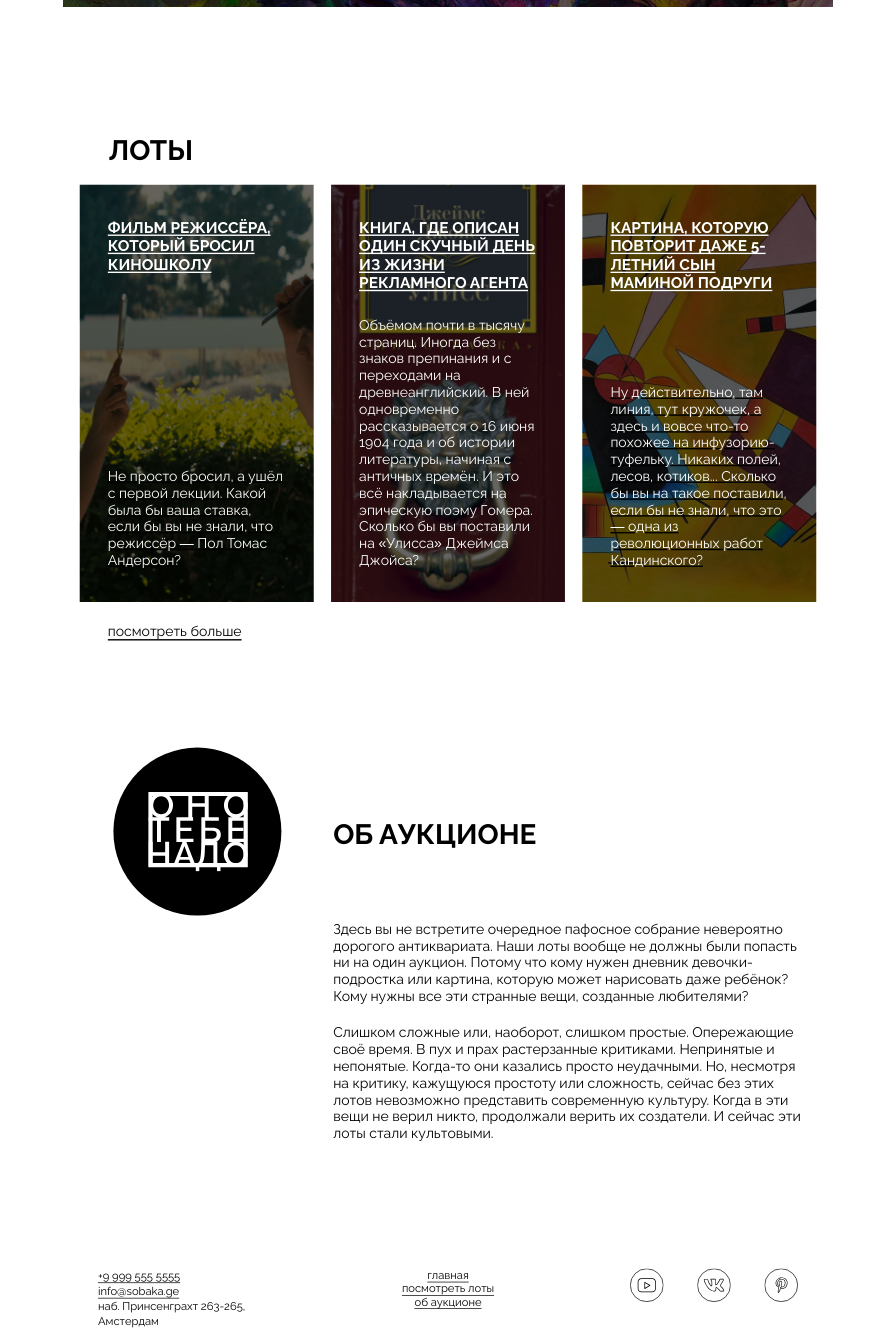
Repository: NikWolf75/ono-tebe-nado-fd
Page: index.html
An editor plug-in stored every save of this project. The page is shown before and after a run of saves, followed by the edit.
The browser window is 1280 px wide. The pictures show the part of the page from y = 1040 to 2960 px (the page is 2960 px tall before and 2957 px after), at 70% of full size.

Above is the page before, as saved 2024-12-17 14:17:48.

### index.html
<!DOCTYPE html>
<html lang="ru">
  <head>
    <meta charset="UTF-8">
    <meta http-equiv="X-UA-Compatible" content="IE=edge">
    <meta name="viewport" content="width=device-width, initial-scale=1.0">
    <link href="./fonts/fonts.css" rel="stylesheet">
    <link href="./styles/global.css" rel="stylesheet">
    <link href="./styles/style.css" rel="stylesheet">
    <title>Оно тебе надо — аукцион вещей, в которые никто не верил</title>
  </head>
  <body>
    <header class="header">
      <nav class="header__menu">
        <ul class="header__links-list">
          <li class="header__links-list-item header__links-list-item_no-bullit">
            <a class="header__link header__link-active" href="main">главная</a>
          </li>
          <li class="header__links-list-item">
            <a class="header__link" href="#lots">посмотреть лоты</a>
          </li>
          <li class="header__links-list-item">
            <a class="header__link" href="#about-lots">об аукционе</a>
          </li>
        </ul>
      </nav>
      <a class="header__logo">
        <img
          class="header__logo-image"
          src="./images/logo-black.svg"
          alt="Лого"
        >
      </a>
      <address class="header__address">
        <a href="tel:+99995555555">+9 999 555 5555</a><br>
        <a href="mailto:info@sobaka.ge">info@sobaka.ge</a><br>
        <p> наб. Принсенграхт 263-<br>265, Амстердам</p>
      </address>
    </header>
    <main>
      <section class="cover">
        <div class="overlay"></div>
        <h1 class="cover__title">
          <span class="cover__main-text text-left">Оно</span>
          <span class="cover__main-text text-center">Тебе</span>
          <span class="cover__main-text text-right">Надо</span>
        </h1>
        <div class="cover__discription">
          <p class="cover__discription-text">Аукцион вещей, в которые никто не верил</p>
          <a class="bet-button">Сделать ставку</a>
        </div>
      </section>
      <section class="lots">
        <h2 class="lots__heading">Лоты</h2>
          <ul class="lots__card-list">
            <li class="lots__card-list-item">
              <a class="card-link" href="main">
                <article class="card card_type_film">
                  <div class="overlay"></div>
                  <h3 class="card__title">
                    Фильм режиссёра, который бросил киношколу
                  </h3>
                  <p class="card__text">
                    Не просто бросил, а ушёл
                    с первой лекции. Какой
                    была бы ваша ставка, если бы вы не знали, что
                    режиссёр — Пол Томас
                    Андерсон?
                  </p>
                </article>
              </a>
            </li>
            <li class="lots__card-list-item">
              <a class="card__link" href="main">
                <article class="card card_type_book">
                  <div class="overlay"></div>
                  <h3 class="card__title">
                    Книга, где описан
                    один скучный день
                    из жизни
                    рекламного агента
                  </h3>
                  <p class="card__text">
                    Объёмом почти в тысячу
                    страниц. Иногда без
                    знаков препинания и с переходами на
                    древнеанглийский. В ней
                    одновременно
                    рассказывается о 16 июня
                    1904 года и об истории
                    литературы, начиная с
                    античных времён. И это
                    всё накладывается на
                    эпическую поэму Гомера.
                    Сколько бы вы поставили
                    на «Улисса» Джеймса
                    Джойса?
                  </p>
                </article>
              </a>
            </li>
            <li class="lots__card-list-item">
              <a class="card-link" href="main">
                <article class="card card_type_picture">
                  <div class="overlay"></div>
                  <h3 class="card__title">
                    Картина, которую
                    повторит даже 5-
                    летний сын
                    маминой подруги
                  </h3>
                  <p class="card__text">
                    Ну действительно, там
                    линия, тут кружочек, а
                    здесь и вовсе что-то
                    похожее на инфузорию-
                    туфельку. Никаких полей,
                    лесов, котиков... Сколько
                    бы вы на такое поставили,
                    если бы не знали, что это
                    — одна из
                    революционных работ
                    Кандинского?
                  </p>
                </article>
              </a>
            </li>
          </ul>
          <a class="lots__look-more-link" href="#main">посмотреть больше</a>
      </section>
      <section class="about" id="#about">
        <div class="about-lots__column">
          <div class="about__logo">
            <img
              class="about-lots__logo-image"
              src="./images/logo-white.svg"
              alt="Лого"
            />
          </div>
        </div>
        <div class="about-lots__column">
          <h2 class="about__title">Об аукционе</h2>
          <div class="about__text">
            <p>
              Здесь вы не встретите очередное пафосное собрание невероятно
              дорогого антиквариата. Наши лоты вообще не должны были попасть
              ни на один аукцион. Потому что кому нужен дневник девочки-
              подростка или картина, которую может нарисовать даже ребёнок?
              Кому нужны все эти странные вещи, созданные любителями?
            </p>
            <p>
              Слишком сложные или, наоборот, слишком простые. Опережающие
              своё время. В пух и прах растерзанные критиками. Непринятые
              и непонятые. Когда-то они казались просто неудачными. Но, несмотря
              <br>на критику, кажущуюся простоту или сложность, сейчас без этих
              лотов невозможно представить современную культуру. Когда в эти вещи не
              верил никто, продолжали верить их создатели. И сейчас эти лоты
              стали культовыми.
            </p>
          </div>
        </div>
      </section>
    </main>
    <footer class="footer">
      <address class="address">
        <a href="tel:+99995555555">+9 999 555 5555</a><br>
        <a href="mailto:info@sobaka.ge">info@sobaka.ge</a><br>
        <p> наб. Принсенграхт 263-265,<br>Амстердам</p><br>
      </address>
      <nav class="footer__menu">
        <ui class="footer__menu-list">
          <li class="footer__menu-list-item">
            <a class="footer__menu-link footer__menu-link-active" href="#main">главная</a>
          </li>
          <li class="footer__menu-list-item">
            <a class="footer__menu-link" href="#lots">посмотреть лоты</a>
          </li>
          <li class="footer__menu-list-item">
            <a class="footer__menu-link" href="#about-lots">об аукционе</a>
          </li>
        </ui>
      </nav>
      <nav class="footer__social">
        <ul class="footer__social-list">
          <li class="footer__social-list-item">
            <a class="footer__social-link" href="#main">
              <img
                class="footer__social-logo"
                src="./images/yt.svg"
                alt="youtube"
              />
            </a>
          </li>
          <li class="footer__menu-list-item">
            <a class="footer__social-link" href="#main">
              <img
                class="footer__social-logo"
                src="./images/vk.svg"
                alt="vk"
              />
            </a>
          </li>
          <li class="footer__menu-list-item">
            <a class="footer__social-link" href="#main">
              <img
                class="footer__social-logo"
                src="./images/pinterest.svg"
                alt="pinterest"
              />
            </a>
          </li>
        </ul>
      </nav>
    </footer>
  </body>
</html>

### styles/global.css
*,
*::before,
*::after {
  box-sizing: border-box;
}

body {
  width: 1100px;
  margin: 0 auto;
  font-family: Raleway, sans-serif;
}

h1,
h2,
h3,
h4,
h5,
h6,
p,
ul,
ol,
li,
blockquote {
  margin: 0;
  padding: 0;
}

a {
  color: inherit;
}

img {
  width: 100%;
}

### styles/style.css
.header {
  display: grid;
  grid-template-columns: 1fr min-content 1fr;
  align-items: center;
  padding: 91px 51px 97px 51px;
  font-style: normal;
  font-size: 18px;
  font-weight: 400;
}

.header__links-list {
  display: flex;
  gap: 32px;
  list-style: circle;
}

.header__links-list-item_no-bullit {
  list-style: none;
}

.header__link {
  text-underline-position: under;
}

.header__link-active {
  text-decoration: none;
}

.header__logo {
  width: 148px;
  height: 105px;
  padding: 1px 6px 0 6px;
}

.header__address {
  max-width: 240px;
  justify-self: end;
  font-style: normal;
  line-height: 135%;
  text-underline-position: under;
  padding: 2px 36px 2px 0;
}

.cover {
  background-image: url(../images/cover.jpg);
  background-size: cover;
  background-repeat: no-repeat;
  background-position: center top;
  padding: 164px 0 49px 51px;
  display: flex;
  flex-direction: column;
  gap: 79px;
  position: relative;
}

.overlay {
  position: absolute;
  z-index: 1;
  top: 0;
  left: 0;
  width: 100%;
  height: 100%;
  background-color: rgb(0, 0, 0, 0.6);
}

.cover__title {
  position: relative;
  z-index: 2;
  font-weight: 700;
  font-size: 100px;
  letter-spacing: 0.3em;
  text-transform: uppercase;
  color: #fff;
}

.cover__main-text {
  display: block;
  line-height: 115%;
}

.text-left {
  text-align: start;
}

.text-center {
  text-align: center;
  padding: 20px 20px 12px 0;
}

.text-right {
  text-align: right;
  padding: 8px 20px 29px 0;
}

.cover__discription {
  z-index: 2;
  display: flex;
  align-items: center;
  justify-content: start;
  line-height: 140%;
  gap: 110px;
}

.cover__discription-text {
  font-size: 22px;
  color: #fff;
  word-spacing: 18px;
  line-height: 127%;
  white-space: nowrap;
  text-transform: uppercase;
}

.bet-button {
  width: 256px;
  height: 51px;
  font-weight: 500;
  text-align: center;
  padding: 10px 0 0 0;
  font-size: 22px;
  color: #fff;
  border: 1px solid #fff;
  text-transform: uppercase;
  background-color: transparent;
}
.lots {
  display: flex;
  flex-direction: column;
  padding: 181px 24px 150px 24px;
}

.lots__heading {
  font-weight: 700;
  font-size: 40px;
  text-transform: uppercase;
  margin: 0 0 26px 41px;
}

.lots__card-list {
  display: flex;
  justify-content: center;
  list-style: none;
  gap: 25px
}

.lots__card-list-item {
  width: 334px;
  min-height: 596px;
  flex-grow: 1;
}

.card__link {
  display: block;
  text-decoration: none;
  height: 100%;
}

.card {
  position: relative;
  background-size: cover;
  background-repeat: no-repeat;
  background-position: center;
  display: flex;
  flex-direction: column;
  justify-content: space-between;
  padding: 48px 40px;
  height: 100%;
}

.card_type_film {
  background-image: url(../images/card-lot-01.jpg);
}

.card_type_book {
  background-image: url(../images/card-lot-02.jpg);
}

.card_type_picture {
  background-image: url(../images/card-lot-03.jpg);
}

.card__title {
  font-weight: 700;
  font-size: 22px;
  line-height: 120%;
  z-index: 2;
  text-transform: uppercase;
  text-decoration: underline;
  text-decoration-skip-ink: none;
  color: #fff;
}

.card__text {
  font-weight: 00;
  font-size: 20px;
  line-height: 120%;
  z-index: 2;
  color: #fff;
}

.lots__look-more-link {
  text-underline-position: under;
  font-weight: 400;
  font-size: 20px;
  color: #000;
  padding: 30px 0 4px 40px;
}

.about {
  display: grid;
  grid-template-columns: 330px auto;
  justify-items: center;
  padding: 0 27px 100px 27px;
  gap: 29px;
}

.about__logo {
  display: flex;
  justify-content: center;
  align-items: center;
  width: 240px;
  height: 240px;
  border-radius: 100%;
  background-color: #000;
}

.about-lots__logo-image {
  width: 148px;
  height: 114px;
}

.about__title {
  margin: 100px 0;
  font-size: 40px;
  font-weight: 700;
  font-style: normal;
  text-transform: uppercase;
}

.about__text {
  display: flex;
  flex-direction: column;
  gap: 28px;
  font-size: 20px;
  line-height: 120%;
}

.footer {
  padding: 81px 50px 0;
  display: grid;
  grid-template-columns: 1fr auto 1fr;
}

.address {
  font-style: normal;
  font-weight: 400;
  line-height: 135%;
  text-underline-position: under;
}

.footer__menu-list {
  display: flex;
  flex-direction: column;
  align-items: center;
  list-style: none;
}

.footer__menu-link {
  text-underline-position: under;
}

.footer__menu-link_active {
  text-decoration: none;
}

.footer__social {
  justify-self: end;
}

.footer__social-list {
  display: flex;
  justify-content: space-between;
  gap: 48px;
  list-style: none;
}

.footer__social-list-item {
  height: 100%;
}

.footer__social-link {
  text-decoration: none;
}

.footer__social-logo {
  height: 48px;
}

Loaded but not shown: fonts/fonts.css (common file)

After the next 5 saves:
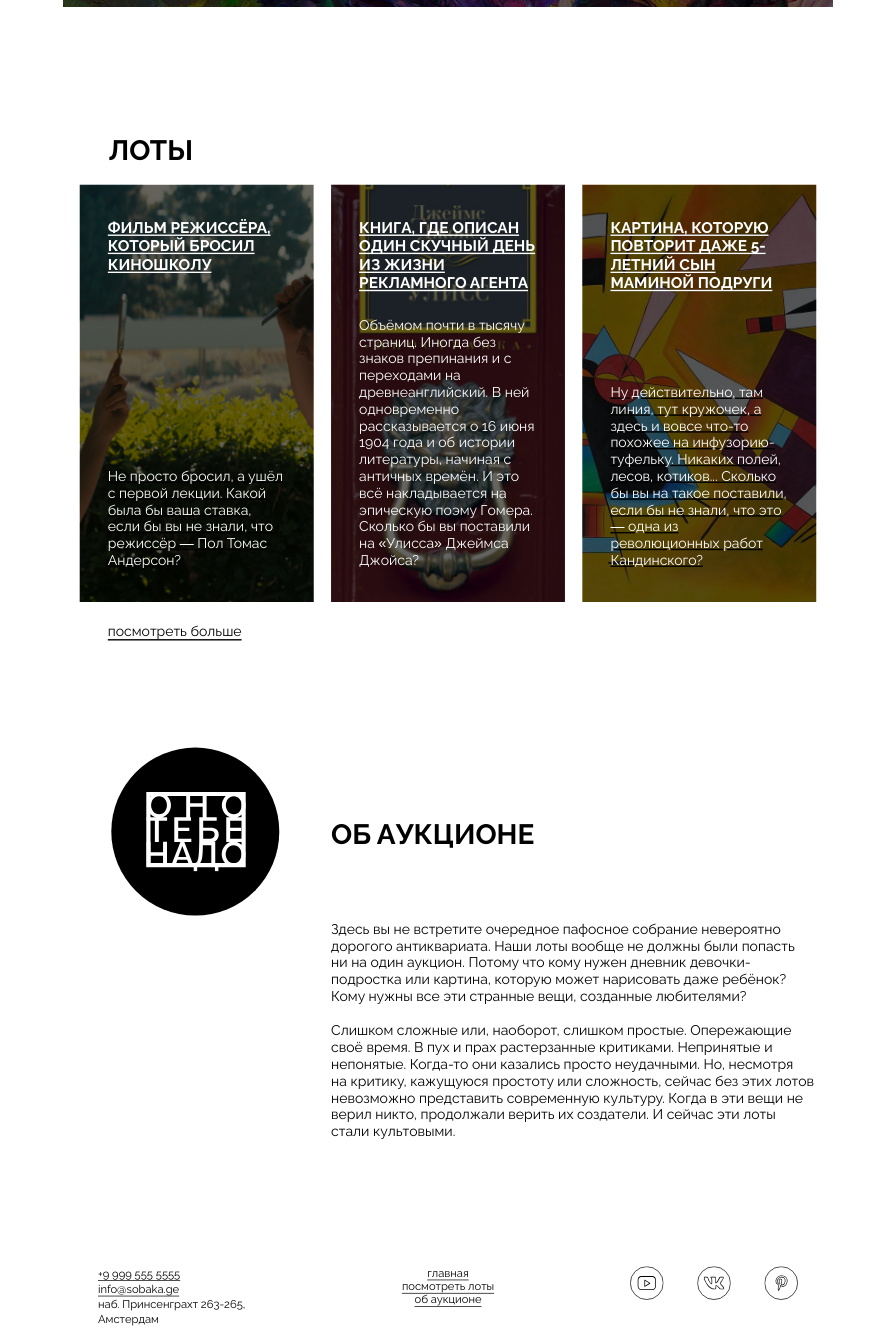
The 5 saves are shown as one change because they came seconds apart.
The last was saved 13 s later.
--- a/styles/style.css
+++ b/styles/style.css
@@ -209,7 +209,7 @@
   display: grid;
   grid-template-columns: 330px auto;
   justify-items: center;
-  padding: 0 27px 100px 27px;
+  padding: 0 27px 100px 24px;
   gap: 29px;
 }
 
@@ -239,7 +239,7 @@
 .about__text {
   display: flex;
   flex-direction: column;
-  gap: 28px;
+  gap: 25px;
   font-size: 20px;
   line-height: 120%;
 }
